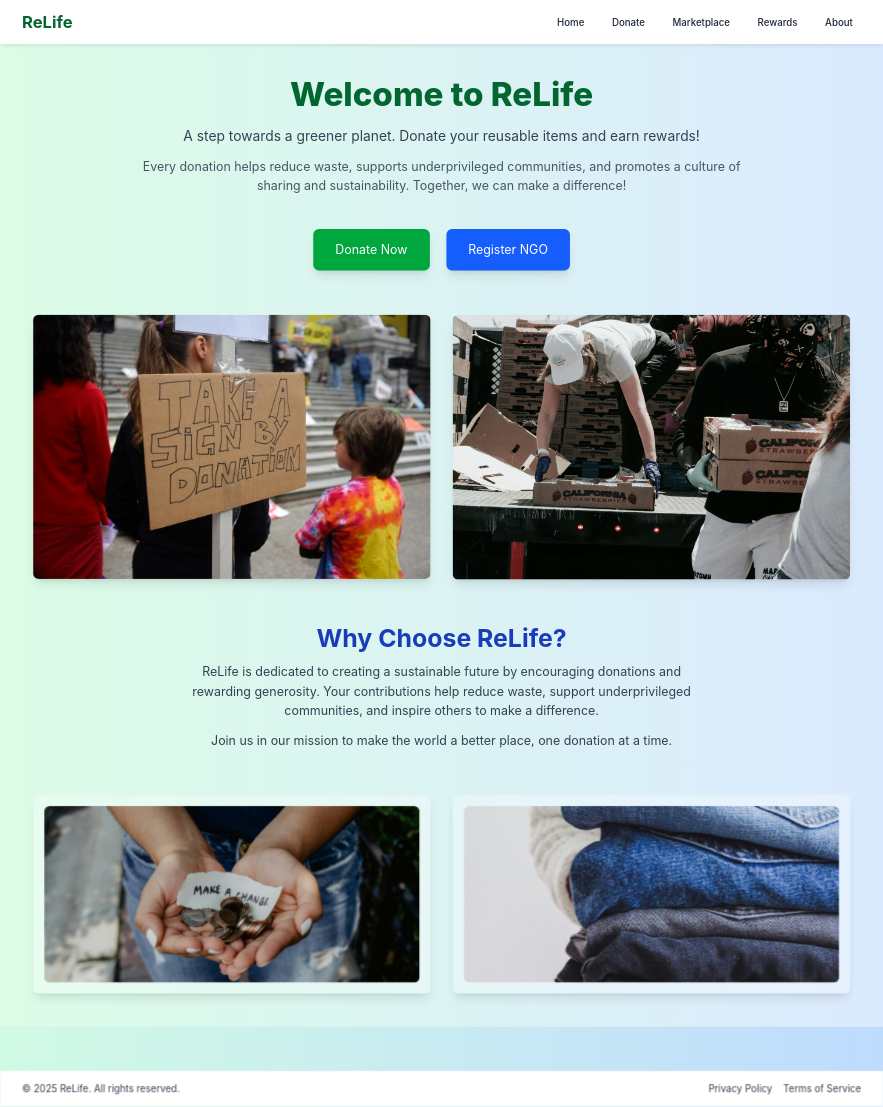
Repository: Harsh-verma24/edonation-drive
Page: / (app in frontend/)
The author's editor kept a copy of each file at every save. The page is drawn from the files as they stood at one save, then again after the next save.
The browser window is 1280 px wide. The pictures show the whole page, at 69% of full size.
The project was rebuilt for these pictures with package versions that can differ from the ones it lists, and the page was loaded fresh each time. Also part of the build but not shown: frontend/vite.config.js, frontend/src/utils/axiosInstance.js, frontend/src/pages/Donate.jsx, frontend/src/pages/Rewards.jsx, frontend/src/pages/Marketplace.jsx, frontend/src/pages/About.jsx.

Above is the page before, as saved 2025-10-15 22:37:01.

### frontend/src/main.jsx
import { StrictMode } from 'react'
import { createRoot } from 'react-dom/client'
import './index.css'
import App from './App.jsx'
import { createBrowserRouter, RouterProvider } from 'react-router-dom';
import Navbar from './components/Navbar';
import Home from './pages/Home';
import Donate from './pages/Donate';
import Rewards from './pages/Rewards';
import Marketplace from './pages/Marketplace';
import About from './pages/About';

const router = createBrowserRouter([
  {
    path: '/',
    element: <App />, // Wrap all routes with App to include Navbar and Footer
    children: [
      { path: '/', element: <Home /> },
      { path: '/donate', element: <Donate /> },
      { path: '/rewards', element: <Rewards /> },
      { path: '/marketplace', element: <Marketplace /> },
      { path: '/about', element: <About /> }, // Add route for About page
    ],
  },
]);

createRoot(document.getElementById('root')).render(
  <StrictMode>
    <RouterProvider router={router} />
  </StrictMode>,
)

### frontend/src/index.css
@import "tailwindcss";

@layer base {
  :root {
    --primary-color: #16a34a; /* Green */
    --secondary-color: #2563eb; /* Blue */
    --background-gradient: linear-gradient(to right, #d1fae5, #bfdbfe);
    --text-color: #374151; /* Gray */
  }
}

body {
  background: var(--background-gradient);
  color: var(--text-color);
  font-family: 'Inter', sans-serif;
}

### frontend/src/App.jsx
import React from 'react';
import Navbar from './components/Navbar';
import Footer from './components/Footer';
import { Outlet } from 'react-router-dom';

function App() {
  return (
    <div className="relative min-h-screen">
      <Navbar />
      <main className="pt-16 pb-16">{/* Adjust padding to account for fixed Navbar and Footer */}
        <Outlet />
      </main>
      <Footer />
    </div>
  );
}

export default App;

### frontend/src/components/Navbar.jsx
import React, { useState } from 'react';
import { Menu, X } from 'lucide-react';

const Navbar = () => {
  const [isOpen, setIsOpen] = useState(false);

  const toggleDrawer = () => {
    setIsOpen(!isOpen);
  };

  return (
    <nav className="bg-white bg-opacity-30 backdrop-blur-md shadow-md fixed top-0 left-0 w-full z-50">
      <div className="max-w-7xl mx-auto px-4 sm:px-6 lg:px-8">
        <div className="flex items-center justify-between h-16">
          <div className="flex-shrink-0">
            <a href="/" className="text-2xl font-bold text-green-800">ReLife</a>
          </div>
          <div className="md:hidden">
            <button onClick={toggleDrawer} className="text-gray-800 hover:text-green-600 focus:outline-none">
              {isOpen ? <X size={24} /> : <Menu size={24} />}
            </button>
          </div>
          <div className={`md:flex md:items-center md:space-x-4 ${isOpen ? 'block' : 'hidden'} absolute md:static top-16 left-0 w-full md:w-auto bg-white md:bg-transparent shadow-md md:shadow-none`}>
            <a href="/" className="block text-gray-800 hover:text-green-600 px-3 py-2 rounded-md text-sm font-medium">Home</a>
            <a href="/donate" className="block text-gray-800 hover:text-green-600 px-3 py-2 rounded-md text-sm font-medium">Donate</a>
            <a href="/marketplace" className="block text-gray-800 hover:text-green-600 px-3 py-2 rounded-md text-sm font-medium">Marketplace</a>
            <a href="/rewards" className="block text-gray-800 hover:text-green-600 px-3 py-2 rounded-md text-sm font-medium">Rewards</a>
            <a href="/about" className="block text-gray-800 hover:text-green-600 px-3 py-2 rounded-md text-sm font-medium">About</a>
          </div>
        </div>
      </div>
    </nav>
  );
};

export default Navbar;

### frontend/src/pages/Home.jsx
import React from 'react';

const Home = () => {
  return (
    <div className="p-12 bg-gradient-to-r from-green-100 to-blue-100 min-h-screen">
      <div className="text-center max-w-4xl mx-auto">
        <h1 className="text-5xl font-extrabold text-green-800">Welcome to ReLife</h1>
        <p className="mt-6 text-gray-700 text-xl">A step towards a greener planet. Donate your reusable items and earn rewards!</p>
        <p className="mt-4 text-gray-600 text-lg">Every donation helps reduce waste, supports underprivileged communities, and promotes a culture of sharing and sustainability. Together, we can make a difference!</p>
        <div className="mt-12 flex justify-center space-x-6">
          <a
            href="/donate"
            className="bg-green-600 text-white px-8 py-4 rounded-lg shadow-lg hover:bg-green-700 text-lg"
          >
            Donate Now
          </a>
          <a
            href="/register-ngo"
            className="bg-blue-600 text-white px-8 py-4 rounded-lg shadow-lg hover:bg-blue-700 text-lg"
          >
            Register NGO
          </a>
        </div>
      </div>
      <div className="mt-16 grid grid-cols-1 md:grid-cols-2 gap-8">
        <img
          src="/Hero-1.jpg"
          alt="Hero Image 1"
          className="rounded-lg shadow-lg"
        />
        <img
          src="/Hero-2.jpg"
          alt="Hero Image 2"
          className="rounded-lg shadow-lg"
        />
      </div>
      <div className="mt-16 text-center max-w-3xl mx-auto">
        <h2 className="text-4xl font-bold text-blue-800">Why Choose ReLife?</h2>
        <p className="mt-4 text-gray-700 text-lg">ReLife is dedicated to creating a sustainable future by encouraging donations and rewarding generosity. Your contributions help reduce waste, support underprivileged communities, and inspire others to make a difference.</p>
        <p className="mt-4 text-gray-700 text-lg">Join us in our mission to make the world a better place, one donation at a time.</p>
      </div>
      <div className="mt-16 grid grid-cols-1 md:grid-cols-2 gap-8">
        <div className="relative rounded-lg shadow-lg bg-white/30 backdrop-blur-md p-4">
          <img
            src="/katt-yukawa-K0E6E0a0R3A-unsplash.jpg"
            alt="Make a Change"
            className="rounded-lg w-full h-64 object-cover"
          />
        </div>
        <div className="relative rounded-lg shadow-lg bg-white/30 backdrop-blur-md p-4">
          <img
            src="/maude-frederique-lavoie-EDSTj4kCUcw-unsplash.jpg"
            alt="Blue and White Textile"
            className="rounded-lg w-full h-64 object-cover"
          />
        </div>
      </div>
    </div>
  );
};

export default Home;

### frontend/src/components/Footer.jsx
import React from 'react';

const Footer = () => {
  return (
    <footer className="bg-white bg-opacity-30 backdrop-blur-md shadow-md relative bottom-0 left-0 w-full">
      <div className="max-w-7xl mx-auto px-4 sm:px-6 lg:px-8 py-4">
        <div className="flex justify-between items-center">
          <p className="text-gray-700 text-sm">&copy; 2025 ReLife. All rights reserved.</p>
          <div className="flex space-x-4">
            <a href="#" className="text-gray-700 hover:text-green-600 text-sm">Privacy Policy</a>
            <a href="#" className="text-gray-700 hover:text-green-600 text-sm">Terms of Service</a>
          </div>
        </div>
      </div>
    </footer>
  );
};

export default Footer;

Loaded but not shown: frontend/index.html (common file)

After the next save:
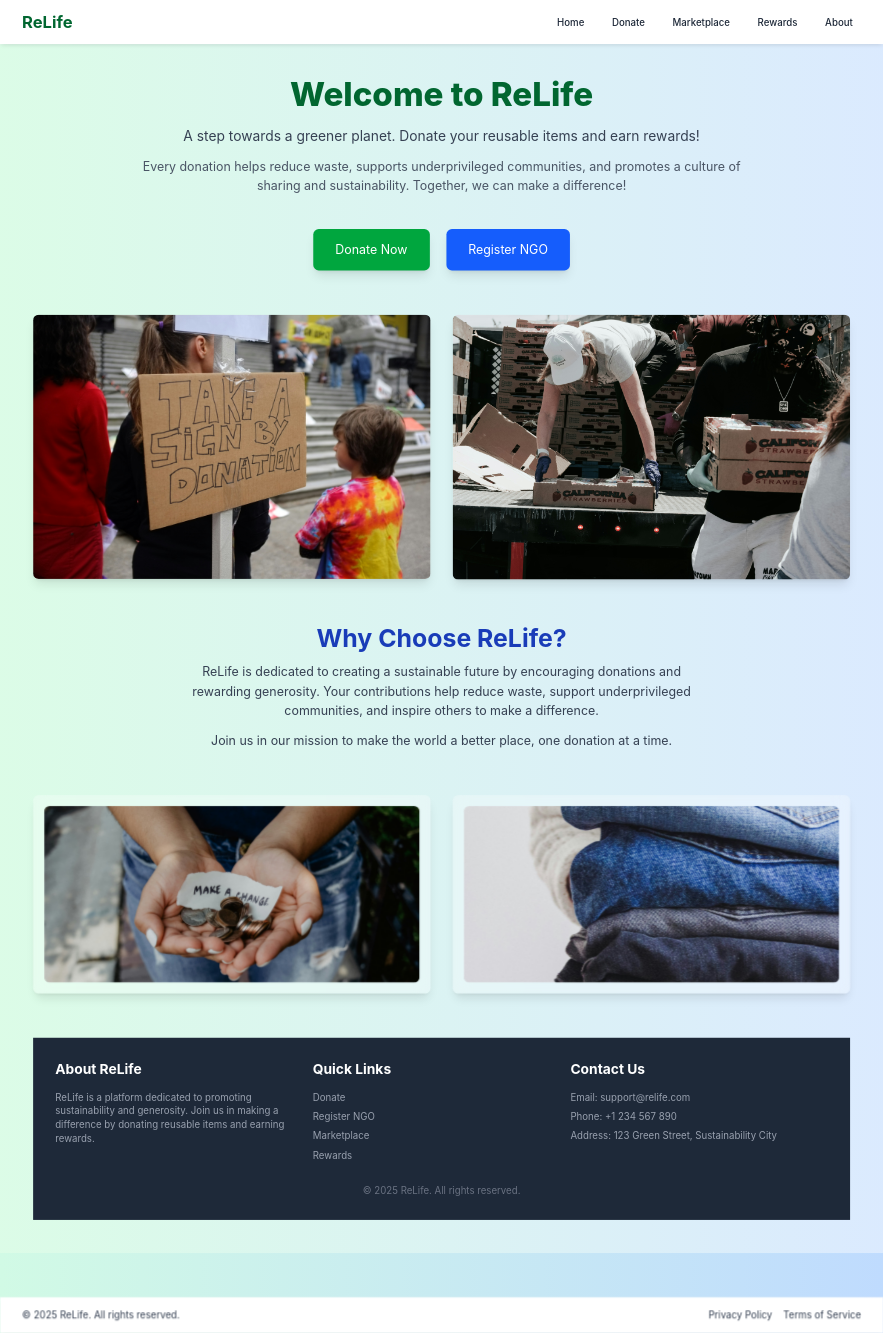
Saved 26 s later.
--- a/frontend/src/pages/Home.jsx
+++ b/frontend/src/pages/Home.jsx
@@ -55,6 +55,34 @@ const Home = () => {
           />
         </div>
       </div>
+      <footer className="bg-gray-800 text-white py-8 mt-16">
+        <div className="max-w-6xl mx-auto px-4">
+          <div className="flex flex-wrap justify-between">
+            <div className="w-full md:w-1/3 mb-6 md:mb-0">
+              <h3 className="text-xl font-bold">About ReLife</h3>
+              <p className="mt-4 text-gray-400 text-sm">ReLife is a platform dedicated to promoting sustainability and generosity. Join us in making a difference by donating reusable items and earning rewards.</p>
+            </div>
+            <div className="w-full md:w-1/3 mb-6 md:mb-0">
+              <h3 className="text-xl font-bold">Quick Links</h3>
+              <ul className="mt-4 text-gray-400 text-sm space-y-2">
+                <li><a href="/donate" className="hover:text-white">Donate</a></li>
+                <li><a href="/register-ngo" className="hover:text-white">Register NGO</a></li>
+                <li><a href="/marketplace" className="hover:text-white">Marketplace</a></li>
+                <li><a href="/rewards" className="hover:text-white">Rewards</a></li>
+              </ul>
+            </div>
+            <div className="w-full md:w-1/3">
+              <h3 className="text-xl font-bold">Contact Us</h3>
+              <p className="mt-4 text-gray-400 text-sm">Email: support@relife.com</p>
+              <p className="mt-2 text-gray-400 text-sm">Phone: +1 234 567 890</p>
+              <p className="mt-2 text-gray-400 text-sm">Address: 123 Green Street, Sustainability City</p>
+            </div>
+          </div>
+          <div className="mt-8 text-center text-gray-500 text-sm">
+            &copy; 2025 ReLife. All rights reserved.
+          </div>
+        </div>
+      </footer>
     </div>
   );
 };
